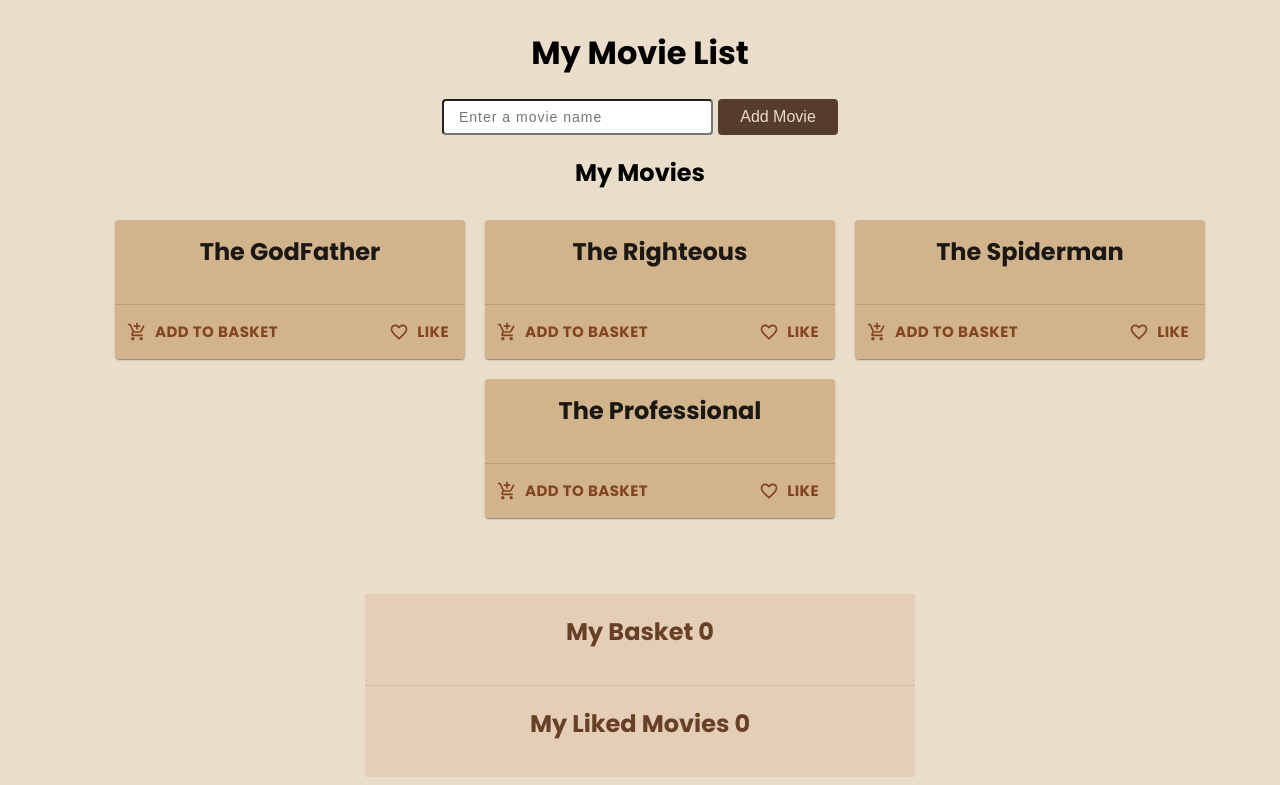
Repository: sinchana-p-iVoyant/redux-movie-store
Page: /
The author's editor kept a copy of each file at every save. The page is drawn from the files as they stood at one save, then again after a run of saves.
The browser window is 1280 px wide. The pictures show the whole page.
The project was rebuilt for these pictures with package versions that can differ from the ones it lists, and the page was loaded fresh each time. Also part of the build but not shown: vite.config.ts.

Above is the page before, as saved 2024-02-15 13:29:18.

### index.html
<!doctype html>
<html lang="en">
  <head>
    <meta charset="UTF-8" />
    <link rel="icon" type="image/svg+xml" href="/vite.svg" />
    <meta name="viewport" content="width=device-width, initial-scale=1.0" />
    <title>Redux Movie Store</title>
  </head>
  <body>
    <div id="root"></div>
    <script type="module" src="/src/main.tsx"></script>
  </body>
</html>

### src/main.tsx
import React from 'react'
import ReactDOM from 'react-dom/client'
import App from './App.tsx'
// import './index.css'
import store from './store/index';
import { Provider } from 'react-redux'


ReactDOM.createRoot(document.getElementById('root')!).render(
  <React.StrictMode>
    <Provider store={store}>
      <App />
    </Provider>
  </React.StrictMode>,
)

### src/App.tsx
import { useState } from "react";
// import './App.css'
import { useSelector, useDispatch } from "react-redux";
import {Movie} from './store/index'
import {Card, CardComponent, CardActions, Button, Typography, CardContent} from '@mui/material'
import { Favorite, FavoriteBorder, AddShoppingCart, RemoveShoppingCart } from "@mui/icons-material";
import './App.css'

const App = () => {
  const [movieTitle, setMovieTitle] = useState("");

  // 🔥 a. To Trigger from UI.
  const dispatch = useDispatch();

  // 🔥 b. To update the UI, based on state updates in the store.

  // movies state (array)
  // const movies = useSelector(state => state.movies)
  // ------> return value: state.movies

  // Note:
  // The function passed to `useSelector` selects a slice of the state that we are interested in.
  // The function parameter specifies the `structure` of the Redux state object.
  // It's `type` annotated in TypeScript to ensure the type safety.
  // specifying the structure of the Redux state object using TypeScript type annotations enhances code quality, readability, and maintainability while providing additional safety checks and tooling support during development.

  const movies = useSelector(
    (state : {
      movies: { title: string; liked: boolean; inBasket: boolean }[];
    }) => state.movies
  );

  // const basket = useSelector((state) => state.basket);
  const basket = useSelector((state: { basket: string[] }) => state.basket);

  // const likedMovies = useSelector((state) => state.likedMovies);
  const likedMovies = useSelector((state: { likedMovies: string[] }) => state.likedMovies);


  // 4. Action Creator
  const handleAddMovie = () => {
    const newMovie = {
      title: movieTitle,
      inBasket: false,
      liked: false
    }
    dispatch({ type: "ADD_MOVIE", payload: newMovie });
    setMovieTitle(""); // Reset back to Empty String
  };

  const handleAddToBasket = (movie: string) => {
    dispatch({ type: "ADD_TO_BASKET", payload: movie });
  };
  const handleAddToLikedMovies = (movie: string) => {
    dispatch({ type: "ADD_TO_LIKED_MOVIE", payload: movie });
  };

  return (
    <div className="container">
      <div>
        <h1>My Movie List</h1>
      </div>
      <div className="add-movie">
        <input
          type="text"
          placeholder="Enter a movie name"
          value={movieTitle}
          onChange={(e) => setMovieTitle(e.target.value)}
        />
        <button className="input-btn" onClick={handleAddMovie}>Add Movie</button>
      </div>
      <div>
        <h2>My Movies</h2>
        <ul className="movie-list">
          {movies.map((movie: Movie, index) => (
            <Card key={index} className="movie-card" style={{backgroundColor: "#D2B48C"}}>
              <CardContent>
                <Typography variant="h5" component='h2' style={{ fontWeight: 'bold', fontFamily: 'Poppins, sans-serif' }}>
                  {movie.title}
                </Typography>
              </CardContent>

              <CardActions className="card-actions">
                <Button
                  style={{ color: '#844421', fontSize: '15px', fontWeight: 'bold', fontFamily: 'Poppins, sans-serif' }}
                  startIcon={movie.inBasket ? <RemoveShoppingCart /> : <AddShoppingCart />}
                  onClick={() => handleAddToBasket(movie.title)}>
                  {movie.inBasket ? "Remove From Basket" : "Add To Basket"}
                </Button>
                <Button
                  style={{ color: '#844421', fontSize: '15px', fontWeight: 'bold', fontFamily: 'Poppins, sans-serif' }}
                  startIcon={movie.liked ? <Favorite /> : <FavoriteBorder />}
                  onClick={() => handleAddToLikedMovies(movie.title)}>
                  {movie.liked ? "Dislike" : "Like"}
                </Button>
              </CardActions>

            </Card>
          ))}
        </ul>
      </div>
      <div className="basket-container">
        <h2>My Basket {basket.length}</h2>
        <ul className="basket-container-list">
          {basket.map((basket, index) => (
            <li key={index}>{basket}</li>
          ))}
        </ul>
      </div>
      <div className="liked-container">
        <h2>My Liked Movies {likedMovies.length}</h2>
        <ul className="liked-container-list">
          {likedMovies.map((likedMovie, index) => (
            <li key={index}>{likedMovie}</li>
          ))}
        </ul>
      </div>
    </div>
  );
};

export default App;

// 1. Save the new movie in the local state.
// 2. Add the new movie in local state to the Store.
// 3. Fetch the movies array, from the store

// 3. a. To display in - My Basket & My Liked Movies

### src/store/index.tsx
import { createStore } from "redux";

export type Movie = {
    title: string,
    inBasket: boolean,
    liked: boolean
}

export type State = {
    movies: Movie[],
    basket: string[],
    likedMovies: string[]
}

type Action =
  | { type: "ADD_MOVIE"; payload: Movie } |
    { type: 'ADD_TO_BASKET', payload: string } |
    { type: "ADD_TO_LIKED_MOVIE", payload: string };

// InitialState
const initialState: State = {
    movies: [
      {title: 'The GodFather', inBasket: false, liked: false},
      {title: 'The Righteous', inBasket: false, liked: false},
      {title: 'The Spiderman', inBasket: false, liked: false},
      {title: 'The Professional', inBasket: false, liked: false},
    ],
    basket: [],
    likedMovies: []
}

// Reducers - Make Immutable Updates
const reducer = (state: State = initialState, action: Action): State => {
  switch (action.type) {
    case 'ADD_MOVIE':
      return {
        ...state,
        movies: [...state.movies, action.payload]
      }
    case 'ADD_TO_BASKET':
      return {
        ...state,
          movies: state.movies.map(movie => movie.title === action.payload ? {...movie, inBasket: !movie.inBasket } : movie),
        basket: state.basket.includes(action.payload) ? state.basket.filter(movie => movie !== action.payload) : [...state.basket, action.payload]
      }
    case 'ADD_TO_LIKED_MOVIE':
      return {
        ...state,
        movies: state.movies.map(movie => movie.title === action.payload ? {...movie, liked: !movie.liked} : movie) ,
        likedMovies: state.likedMovies.includes(action.payload) ? state.likedMovies.filter(movie => movie !== action.payload) :  [...state.likedMovies, action.payload]
      }
    default:
      return state
  }
}

// Store
const store = createStore(reducer)
export default store

// 1. State
// 2. Reducer
// 3. Store

### src/App.css
@import url('https://fonts.googleapis.com/css2?family=Poppins:ital,wght@0,100;0,200;0,300;0,400;0,500;0,600;0,700;0,800;0,900;1,100;1,200;1,300;1,400;1,500;1,600;1,700;1,800;1,900&display=swap');

body {
  background-color: #EADDCA;
  font-family: "Poppins", sans-serif;
}

h1, h2{
  text-align: center;
}

.container {
  display: flex;
  flex-direction: column;
  align-items: center;
  justify-content: center;
}

.movie-list {
  display: flex;
  flex-wrap: wrap;
  justify-content: center;
}

.movie-card {
  width: 350px;
  margin: 10px;
}

.card-content {
  padding: 16px;
  font-family: "Poppins", sans-serif;
}

.card-actions {
  margin-top: 20px;
  border-top: 1px solid rgba(0, 0, 0, 0.119);
  display: flex;
  justify-content: space-between;
}

/* .btn {
  color: black;
  font-size: 15px;
  font-weight: bold;
} */
.buttonHover:hover {
  background-color: #e0e0e0;
}

/* --- */

input {
  height: 30px;
  width: 250px;
  padding-left: 15px;
  font-size: 14px;
  letter-spacing: 1px;
  border-radius: 4px;
}

.input-btn{
  height: 36px;
  width: 120px;
  font-size: 16px;
  background-color: #553c2b;
  border: none;
  color: #EADDCA;
  margin-left: 5px;
  border-radius: 4px;

}

.input-btn:hover{
  background-color: #ad9a82;
  color: #261509 ;

}

/* ------------------- */

.basket-container {
  margin-top: 50px;
}

.basket-container, .liked-container {
  background-color: #c2805c2a;
  width: 550px;
  /* text-align: center; */
}

.basket-container>h2, .liked-container>h2 {
  color: rgb(104, 64, 38);
}

.basket-container {
  border-bottom: 1px solid rgba(0, 0, 0, 0.085);
}

.basket-container-list, .liked-container-list {
  /* text-align: left; */
  display: flex;
  flex-direction: column;
  justify-content: center;
  align-items: left;

  margin-left: 180px;
}

.basket-container-list li, .liked-container-list li {
  color: rgb(104, 64, 38);
  font-weight: 400;
}



/* #root {
  max-width: 1280px;
  margin: 0 auto;
  padding: 2rem;
  text-align: center;
} */

/*
.logo {
  height: 6em;
  padding: 1.5em;
  will-change: filter;
  transition: filter 300ms;
}
.logo:hover {
  filter: drop-shadow(0 0 2em #646cffaa);
}
.logo.react:hover {
  filter: drop-shadow(0 0 2em #61dafbaa);
}

@keyframes logo-spin {
  from {
    transform: rotate(0deg);
  }
  to {
    transform: rotate(360deg);
  }
}

@media (prefers-reduced-motion: no-preference) {
  a:nth-of-type(2) .logo {
    animation: logo-spin infinite 20s linear;
  }
}

.card {
  padding: 2em;
}

.read-the-docs {
  color: #888;
} */

/* ------------------------- */

After the next 2 saves:
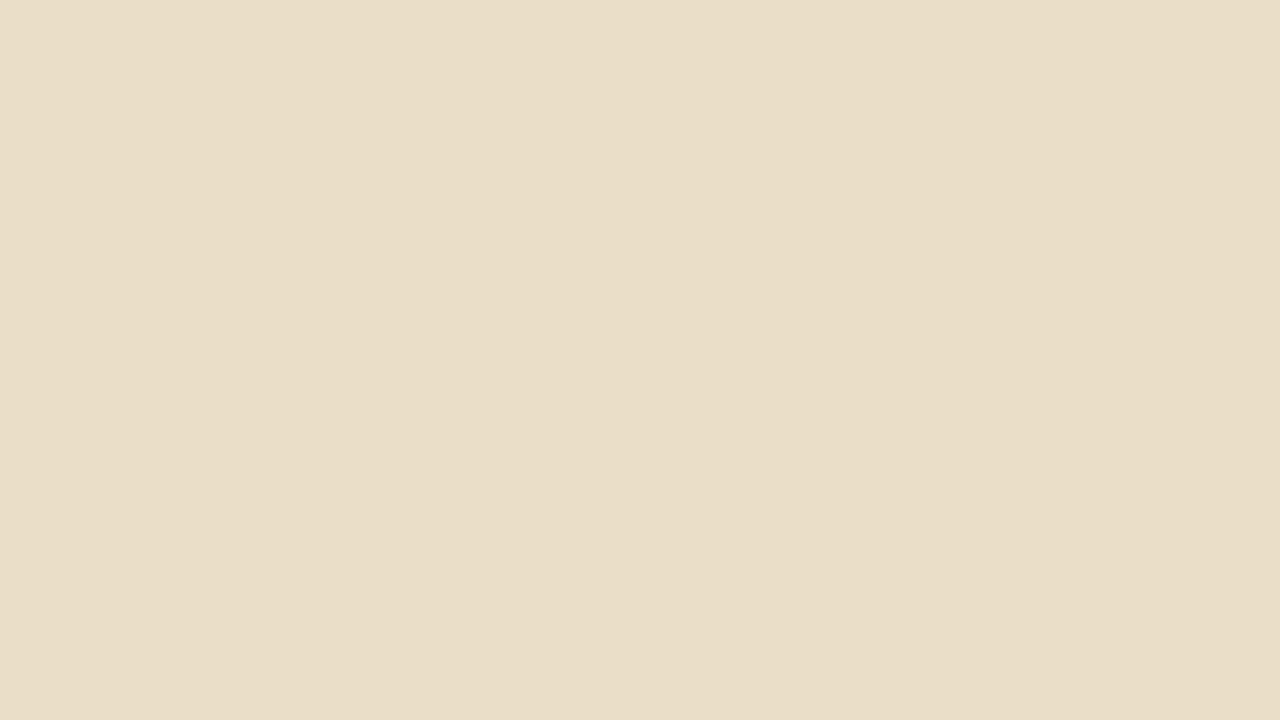
Console error: ReferenceError: margin is not defined
The 2 saves are shown as one change because they came seconds apart.
The last was saved 15 s later.
--- a/src/App.tsx
+++ b/src/App.tsx
@@ -75,7 +75,7 @@
           {movies.map((movie: Movie, index) => (
             <Card key={index} className="movie-card" style={{backgroundColor: "#D2B48C"}}>
               <CardContent>
-                <Typography variant="h5" component='h2' style={{ fontWeight: 'bold', fontFamily: 'Poppins, sans-serif' }}>
+                <Typography variant="h5" component='h2' style={{ fontWeight: 'bold', fontFamily: 'Poppins, sans-serif', margin }}>
                   {movie.title}
                 </Typography>
               </CardContent>

After the save that followed:
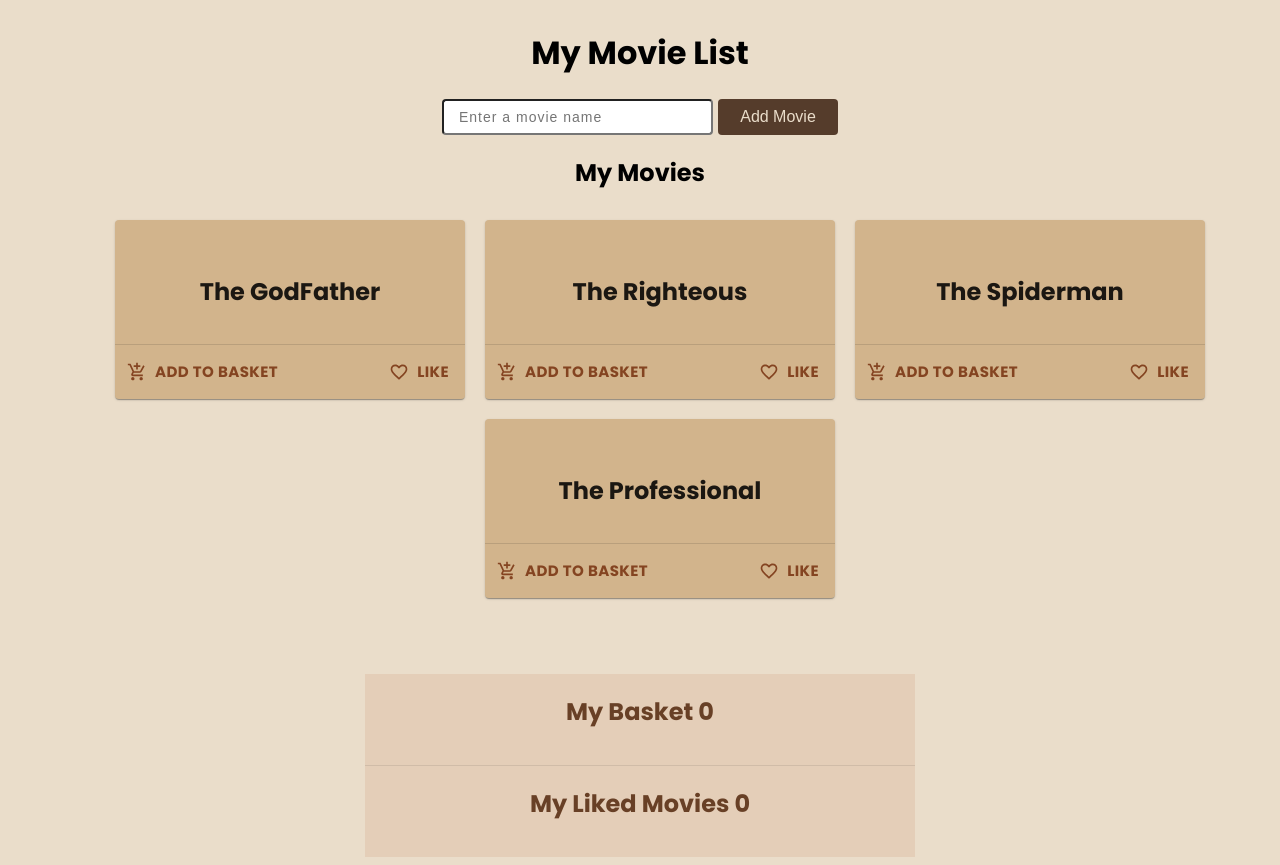
The error is gone.
Saved 4 s later.
--- a/src/App.tsx
+++ b/src/App.tsx
@@ -75,7 +75,7 @@
           {movies.map((movie: Movie, index) => (
             <Card key={index} className="movie-card" style={{backgroundColor: "#D2B48C"}}>
               <CardContent>
-                <Typography variant="h5" component='h2' style={{ fontWeight: 'bold', fontFamily: 'Poppins, sans-serif', margin }}>
+                <Typography variant="h5" component='h2' style={{ fontWeight: 'bold', fontFamily: 'Poppins, sans-serif', marginTop: '40px' }}>
                   {movie.title}
                 </Typography>
               </CardContent>
